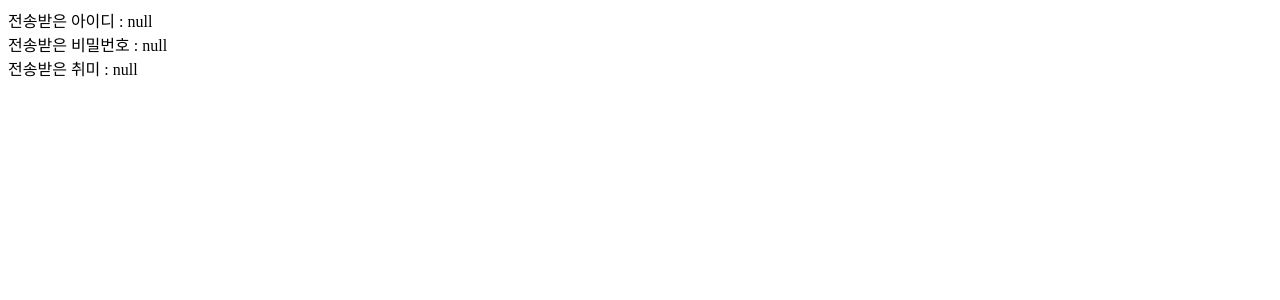
Repository: JongMin22/jsp.practice
Page: http://localhost/JSPBasic/JspObject/1.requests/req_param_getpost.jsp
These files come from the project's save history. The page is drawn as it stood at one moment and after the next save; the edit follows.
The browser window is 1280 px wide. The pictures show the whole page.
The page is served by Tomcat 9.

Above is the page before, as saved 2022-02-03 06:30:33.

### JSPBasic/src/main/webapp/JspObject/1.requests/req_param_getpost.jsp

<%@page import="java.util.Arrays"%>
<%@ page language="java" contentType="text/html; charset=UTF-8"
    pageEncoding="UTF-8"%>
<%
	// name이 "apple"에 딸려온 데이터 조회
	String id = request.getParameter("apple");
	// name "banana"에 딸려온 데이터를 변수 pw에 저장후 body에 출력
	String pw = request.getParameter("banana");
	// checkbox에 딸려온 데이터를 변수 hobby에 저장 후 body에 출력
	String[] hobby = request.getParameterValues("hobby");

%>
<!DOCTYPE html>
<html>
<head>
<meta charset="UTF-8">
<title>Insert title here</title>
</head>
<body>
	전송받은 아이디 : <%= id %> <br/>
	전송받은 비밀번호 : <%= pw %> <br/>
	전송받은 취미 : <%= Arrays.toString(hobby) %>

</body>
</html>

After the next save:
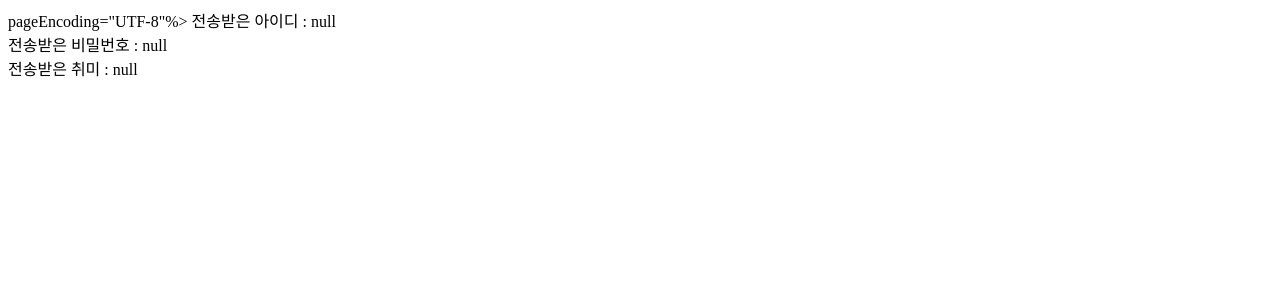
Saved 15 s later.
--- a/JSPBasic/src/main/webapp/JspObject/1.requests/req_param_getpost.jsp
+++ b/JSPBasic/src/main/webapp/JspObject/1.requests/req_param_getpost.jsp
@@ -1,6 +1,6 @@
 
 <%@page import="java.util.Arrays"%>
-<%@ page language="java" contentType="text/html; charset=UTF-8"
+<%@ page language="java" contentType="text/html; charset=UTF-8"%>
     pageEncoding="UTF-8"%>
 <%
 	// name이 "apple"에 딸려온 데이터 조회

After the save that followed:
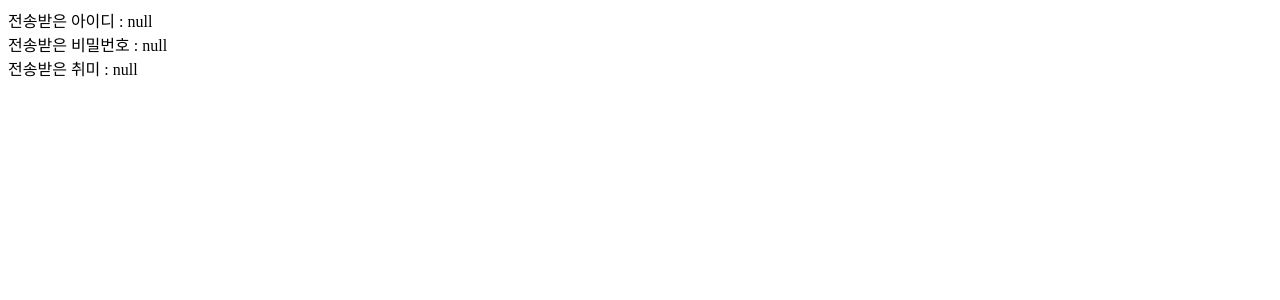
Saved 7 s later.
--- a/JSPBasic/src/main/webapp/JspObject/1.requests/req_param_getpost.jsp
+++ b/JSPBasic/src/main/webapp/JspObject/1.requests/req_param_getpost.jsp
@@ -1,6 +1,6 @@
 
 <%@page import="java.util.Arrays"%>
-<%@ page language="java" contentType="text/html; charset=UTF-8"%>
+<%@ page language="java" contentType="text/html; charset=UTF-8"
     pageEncoding="UTF-8"%>
 <%
 	// name이 "apple"에 딸려온 데이터 조회
